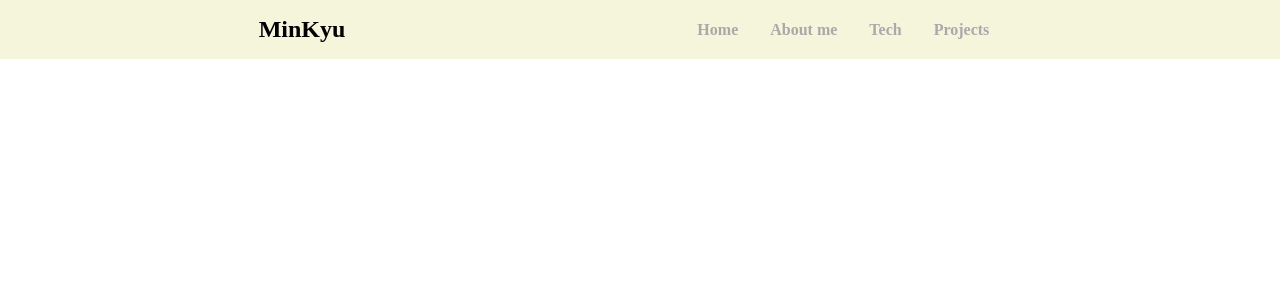
Repository: alsrb0504/portfolio-blog
Page: /
The author's editor kept a copy of each file at every save. The page is drawn from the files as they stood at one save, then again after a run of saves.
The browser window is 1280 px wide. The pictures show the whole page.
The project was rebuilt for these pictures with package versions that can differ from the ones it lists, and the page was loaded fresh each time. Also part of the build but not shown: src/app.module.css.

Above is the page before, as saved 2021-07-12 23:35:26.

### src/index.css
* {
  box-sizing: border-box;
  border: 0;
  margin: 0;
  padding: 0;
}

### src/app.jsx
import './app.module.css';
import Header from './components/header/header';

function App() {
  return (
    <>
      <Header />
    </>
  );
}

export default App;

### src/components/header/header.jsx
import React from 'react';
import styles from './header.module.css';

const Header = (props) => {


  return(
    <header className={styles.header}>
      <h2 className={styles.title}>MinKyu</h2>
      <ul className={styles.menus}>
        <li className={styles.menu}><span>Home</span></li>
        <li className={styles.menu}><span>About me</span></li>
        <li className={styles.menu}><span>Tech</span></li>
        <li className={styles.menu}><span>Projects</span></li>
      </ul>
    </header>
  )
}

export default Header;

### src/components/header/header.module.css
.header {
  background-color: beige;
  width: 100%;
  padding: 1rem 0;
  display: flex;
  justify-content: center;
  align-items: center;
}

.title {
  /* margin: 0; */
  margin-right: 16rem;
  cursor: pointer;
}

.menus {
  /* margin: 0; */
  /* padding: 0; */
  display: flex;
  margin-left: 6rem;
}

.menu {
  list-style: none;
  padding-right: 2rem;
  cursor: pointer;
  font-weight: bold;
  color: darkgray;
  transition: color 150ms ease-in;
}

.title:hover,
.menu:hover {
  color: coral;
}

Loaded but not shown: public/index.html (common file); src/index.js (common file); src/reportWebVitals.js (common file)

After the next 2 saves:
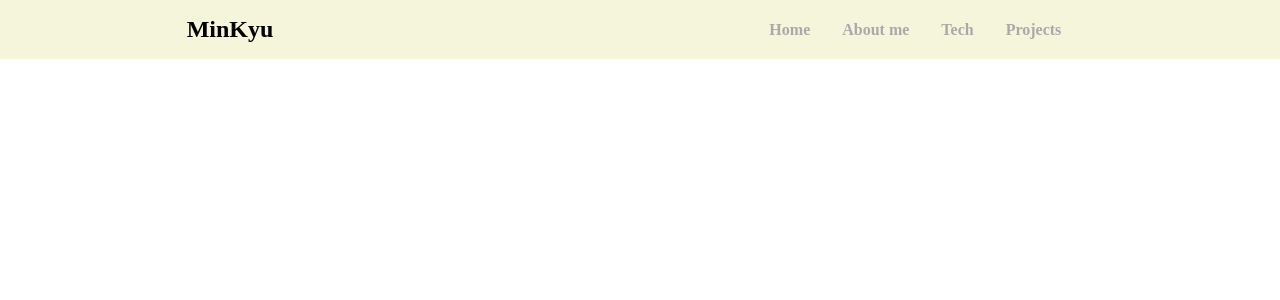
The 2 saves are shown as one change because they came seconds apart.
The last was saved 12 s later.
--- a/src/components/header/header.module.css
+++ b/src/components/header/header.module.css
@@ -9,7 +9,7 @@
 
 .title {
   /* margin: 0; */
-  margin-right: 16rem;
+  margin-right: 25rem;
   cursor: pointer;
 }
 
